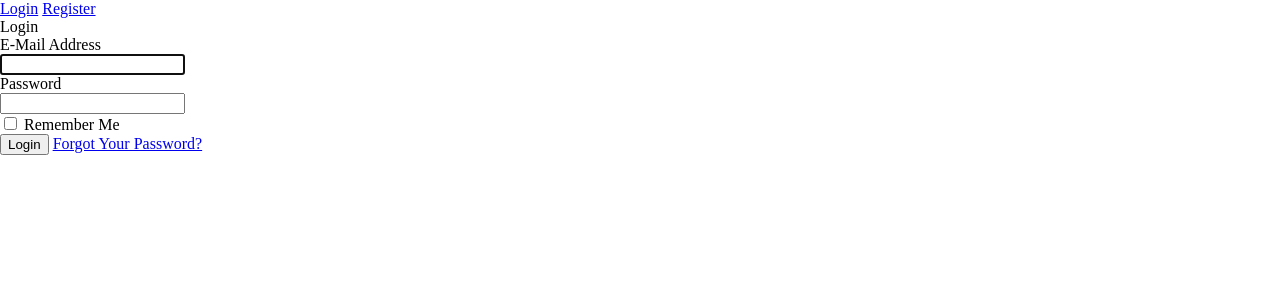
Repository: PatryxB/bikeService
Page: http://localhost/login
The author's editor kept a copy of each file at every save. The page is drawn from the files as they stood at one save, then again after the next save.
The browser window is 1280 px wide. The pictures show the whole page.
The page is served by the project's Laravel application, run on PHP 8.4 with Laravel 8. Style sheets and scripts are compiled from the project's sources, by tool versions that may differ from the author's.

Above is the page before, as saved 2020-05-01 15:27:46.

After the next save:
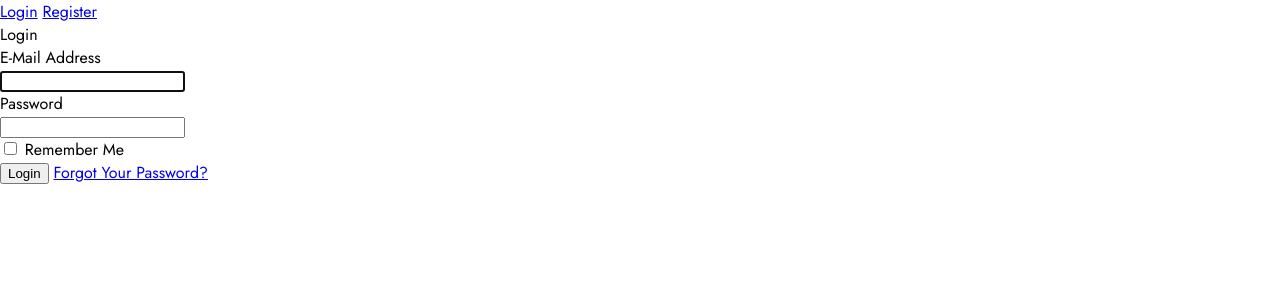
Saved 10 s later.
--- a/resources/sass/app.scss
+++ b/resources/sass/app.scss
@@ -3,6 +3,7 @@ html, body{
     box-sizing: border-box;
     margin: 0;
     padding: 0;
+    font-family: 'Jost', sans-serif;
 }
 .banner img{
     width: 100%;
